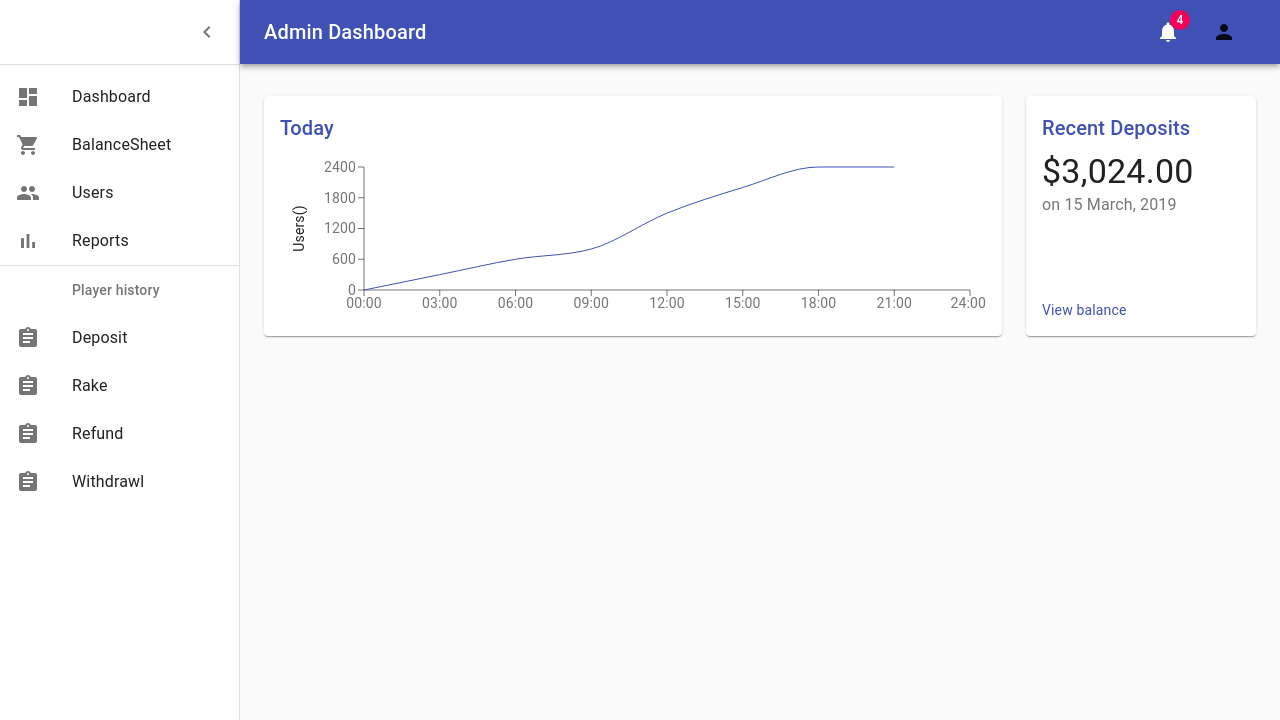
Repository: imayankbisht/ludofrontend
Page: /Dashboard
These files come from the project's save history. The page is drawn as it stood at one moment and after a run of saves; the edit follows.
The browser window is 1280 px wide. The pictures show the whole page.
The project was rebuilt for these pictures with package versions that can differ from the ones it lists, and the page was loaded fresh each time. Also part of the build but not shown: src/axios.js, src/components/login.js.

Above is the page before, as saved 2021-01-16 14:28:32.

After the next 9 saves:
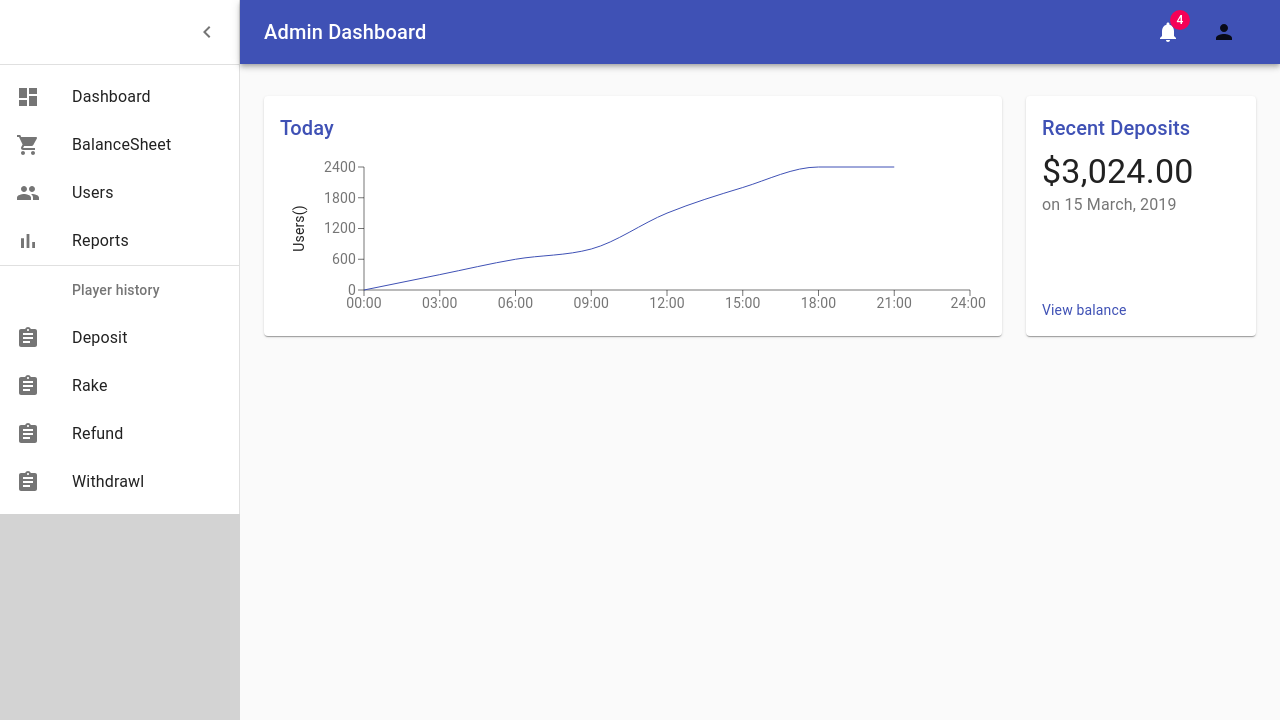
The 9 saves are shown as one change because 1 did not build or start and some came seconds apart.
The last was saved 20 s later.
--- a/src/components/Dashboard.js
+++ b/src/components/Dashboard.js
@@ -223,7 +223,8 @@ const useStyles = makeStyles((theme) => ({
         </Poppers>
         </Toolbar>
       </AppBar>
-      <Drawer
+     <Box bgcolor="lightgray">
+     <Drawer
         variant="permanent"
         classes={{
           paper: clsx(classes.drawerPaper, !open && classes.drawerPaperClose),
@@ -240,6 +241,7 @@ const useStyles = makeStyles((theme) => ({
 
         {/* <List>{secondaryListItems}</List> */}
       </Drawer>
+     </Box>
       <main className={classes.content}>
         <div className={classes.appBarSpacer} />
         <Container maxWidth="lg" className={classes.container}>
